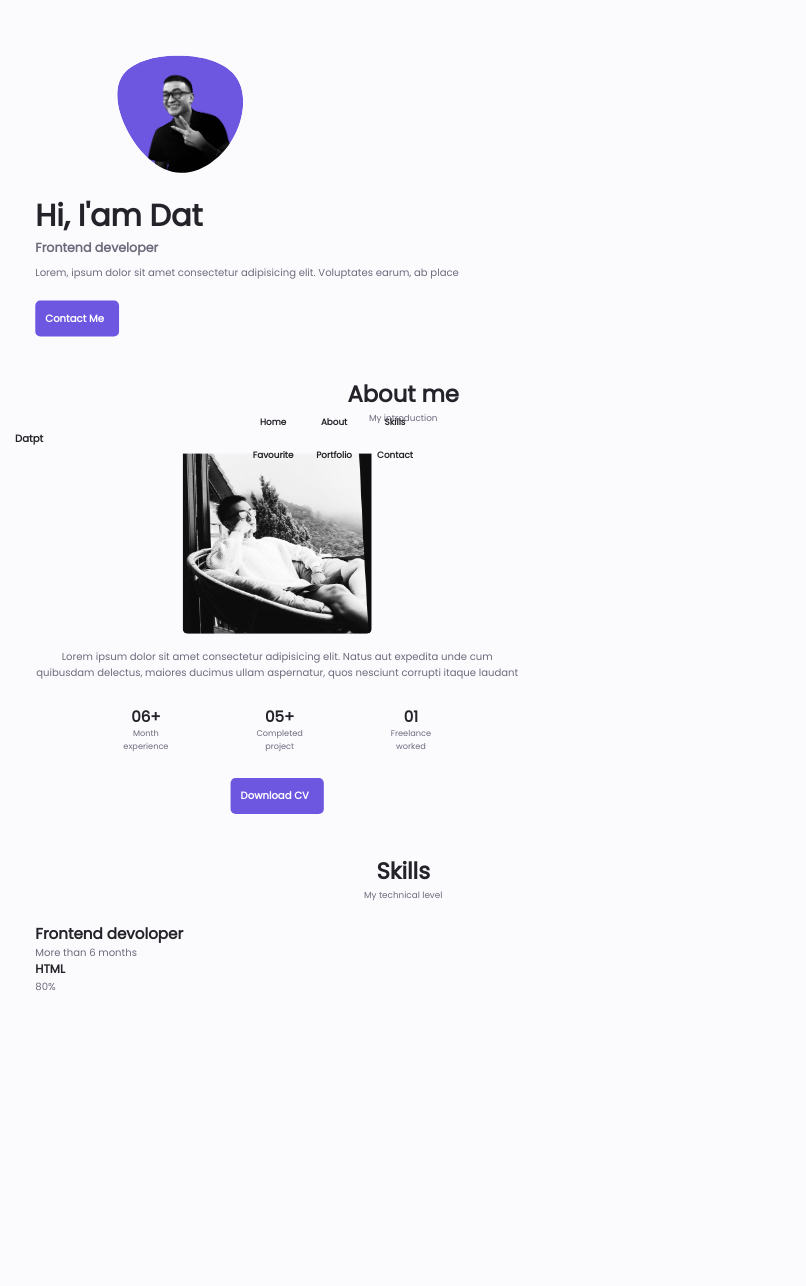
Repository: Datt21/portfolio
Page: index.html
An editor plug-in stored every save of this project. The page is shown before and after the next save, followed by the edit.
The browser window is 1280 px wide. The pictures show the whole page, at 63% of full size.
Some icons come from a web library that is not loaded, so they are not drawn.

Above is the page before, as saved 2021-07-10 17:00:00.

After the next save:
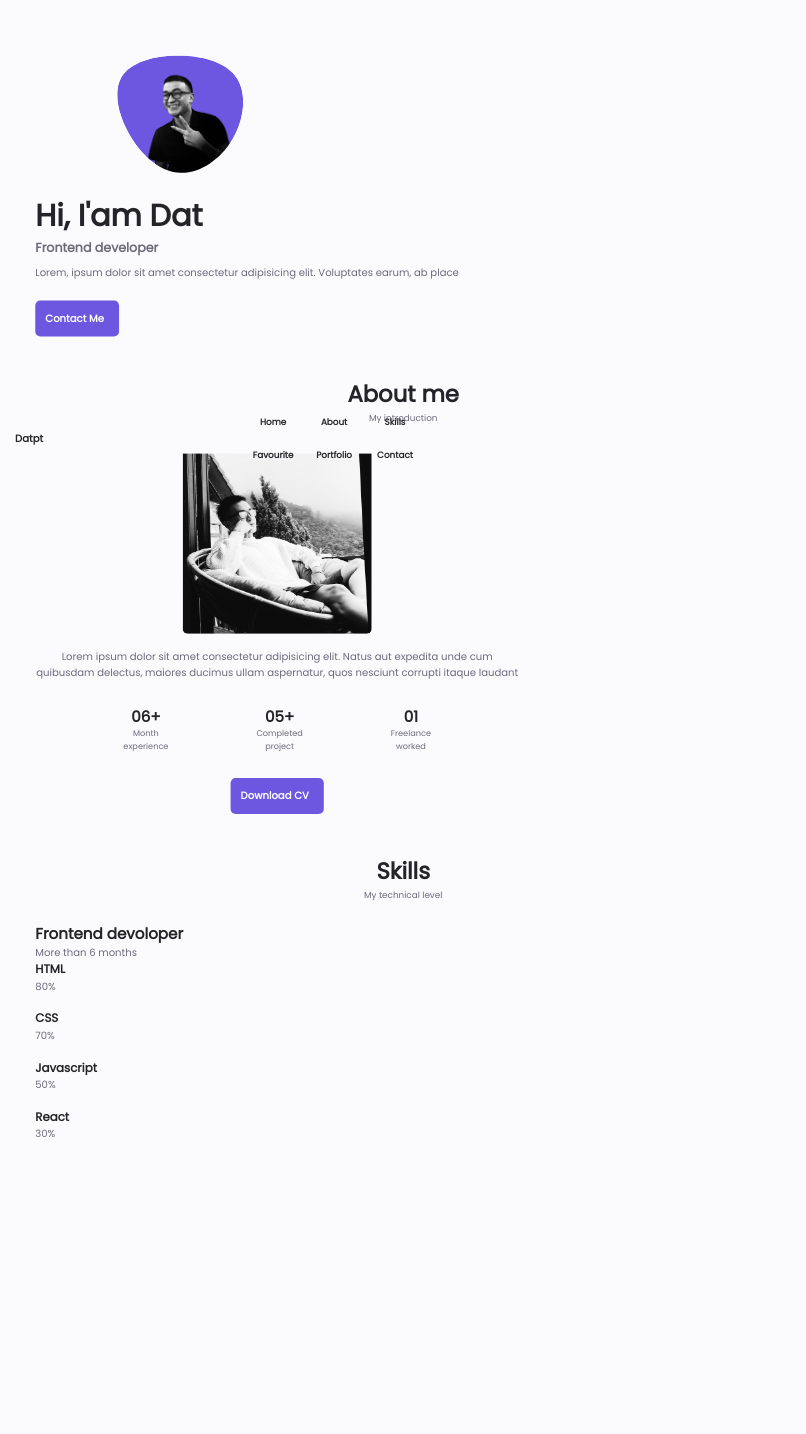
Saved 2 min 44 s later.
--- a/index.html
+++ b/index.html
@@ -191,6 +191,36 @@
                                     <span class="skills__percentage skills__html"></span>
                                 </div>
                             </div>
+
+                            <div class="skills__data">
+                                <div class="skills__title">
+                                    <h3 class="skills__name">CSS</h3>
+                                    <span class="skills__number">70%</span>
+                                </div>
+                                <div class="skills__bar">
+                                    <span class="skills__percentage skills__css"></span>
+                                </div>
+                            </div>
+
+                            <div class="skills__data">
+                                <div class="skills__title">
+                                    <h3 class="skills__name">Javascript</h3>
+                                    <span class="skills__number">50%</span>
+                                </div>
+                                <div class="skills__bar">
+                                    <span class="skills__percentage skills__js"></span>
+                                </div>
+                            </div>
+
+                            <div class="skills__data">
+                                <div class="skills__title">
+                                    <h3 class="skills__name">React</h3>
+                                    <span class="skills__number">30%</span>
+                                </div>
+                                <div class="skills__bar">
+                                    <span class="skills__percentage skills__react"></span>
+                                </div>
+                            </div>
                         </div>
                     </div>
                 </div>
